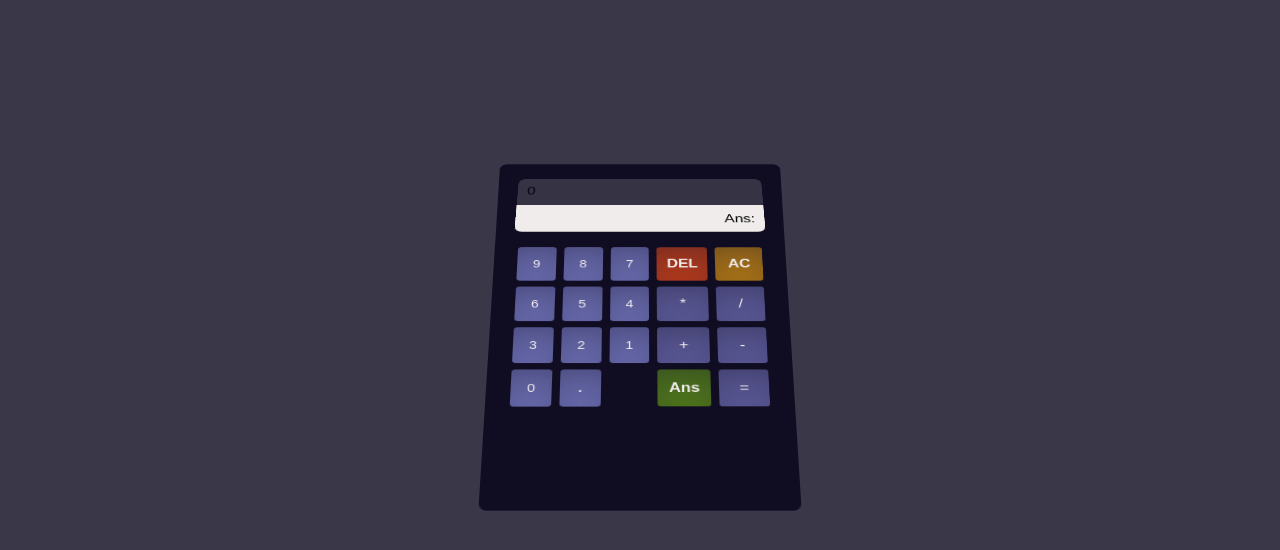
Repository: Bishek666/simple-calculator
Page: /
The author's editor kept a copy of each file at every save. The page is drawn from the files as they stood at one save, then again after a run of saves.
The browser window is 1280 px wide. The pictures show the whole page.
The project was rebuilt for these pictures with package versions that can differ from the ones it lists, and the page was loaded fresh each time.

Above is the page before, as saved 2021-10-27 08:41:53.

### src/index.css
:root {
    --primary: #050218c9;
    --secondary: #8386d6c9;
    --dark: #0908088a;
    --light: rgb(240, 236, 236);
}

* {
    margin: 0;
    padding: 0;
    box-sizing: border-box;
    font-family: sans-serif;
}

body {
    background-color: #050218c9;
}

button {
    display: inline-block;
    padding: 1rem;
    margin: 4px;
    background-color: var(--secondary);
    outline: none;
    border: transparent;
    border-radius: 4px;
    cursor: pointer;
    line-height: 1;
    font-size: 14px;
    font-weight: 500;
    color: var(--light);
    box-shadow: rgba(50, 50, 93, 0.25) 0px 30px 60px -12px inset, rgba(0, 0, 0, 0.3) 0px 18px 36px -18px inset;
}

.visual {
    perspective: 2000px;
}

.container-calculator {
    position: relative;
    display: flex;
    flex-direction: column;
    align-items: start;
    justify-content: start;
    background-color: var(--primary);
    height: 450px;
    width: 300px;
    margin: 100px auto;
    padding: 20px;
    border-radius: 8px;
    transform-style: preserve-3d;
    transform: rotateX(40deg);
    perspective: 100px;
}

.display-calculation {
    display: flex;
    flex-direction: column;
    justify-content: space-between;
    /* align-items: center; */
    padding: 10px;
    width: 100%;
    height: 80px;
    background-color: var(--light);
    border-radius: 8px;
    margin-bottom: 1rem;
    transform: rotateX(1deg);
}
.answer-area {
    align-self: flex-end;
    /* width: 50%;
    border-right: 2px solid black;
    padding-right: 8px;
    margin-right: 8px; */
}
.calculation-area {
    width: 50%;
}

.button-input {
    display: flex;
    justify-content: space-between;
    width: 100%;
}

.digits {
    display: grid;
    grid-template-columns: repeat(3, 1fr);
}
.digits button {
    box-shadow: rgba(50, 50, 93, 0.25) 0px 30px 60px -12px inset, rgba(0, 0, 0, 0.3) 0px 18px 36px -18px inset;
}

.operators {
    display: grid;
    grid-template-columns: repeat(2, 1fr);
}

.operators button {
    position: relative;
    background-color: rgb(91, 89, 150);
}

.operators button {
    padding: 10px;
    font-size: 16px;
}

/* font weight */
.font-weight--600 {
    font-weight: 600;
}
/* background */
.bg-red {
    background-color: #e44413c9 !important;
}
.bg-orange {
    background-color: #d08b0bd2 !important;
}
.bg-green {
    background-color: #5b8f11d2 !important;
}

### src/App.js
import { Fragment, useState } from 'react';

function App() {
    const [calc, setCalc] = useState('');
    const [result, setResult] = useState('');

    const ops = ['+', '-', '/', '*', '.'];

    const updateCalc = (value) => {
        if ((ops.slice(2).includes(value) && calc === '') || (ops.includes(value) && ops.includes(calc.slice(-1)))) {
            return;
        }
        setCalc(calc + value);

        if (!ops.includes(value)) {
            setResult(eval(calc + value).toString());
        }
    };

    const calculate = () => {
        if (calc) {
            setCalc(eval(calc).toString());
        }

        if (!result && !calc === '') {
            return;
        }
    };

    const takeAnswerValue = () => {
        if (result && !calc) {
            setCalc(result);
        }
    };

    const deleteLastValue = () => {
        if (calc === '') {
            return;
        }

        setCalc(calc.slice(0, -1));
    };

    const resetAll = () => {
        if (calc === '') {
            return;
        }

        setCalc('');
    };

    const addDigits = () => {
        const digits = [];

        for (let i = 1; i < 10; i++) {
            digits.unshift(
                <button onClick={() => updateCalc(i.toString())} key={i}>
                    {i}
                </button>
            );
        }

        return digits;
    };
    return (
        <div className='visual'>
            <div className='container-calculator'>
                <div className='display-calculation'>
                    <div className='calculation-area'>{calc || '0'}</div>
                    <div className='answer-area'>Ans:{result ? <span>({result})</span> : ''}</div>
                </div>
                <div className='button-input'>
                    <div className='digits'>
                        {addDigits()}
                        <button onClick={() => updateCalc('0')}>0</button>
                        <button onClick={() => updateCalc('.')} className='font-weight--600'>
                            .
                        </button>
                    </div>
                    <div className='operators'>
                        <button onClick={() => deleteLastValue()} className='bg-red font-weight--600'>
                            DEL
                        </button>
                        <button onClick={() => resetAll()} className='bg-orange font-weight--600'>
                            AC
                        </button>
                        <button onClick={() => updateCalc('*')}>*</button>
                        <button onClick={() => updateCalc('/')}>/</button>
                        <button onClick={() => updateCalc('+')}>+</button>
                        <button onClick={() => updateCalc('-')}>-</button>
                        <button onClick={takeAnswerValue} className='bg-green font-weight--600'>
                            Ans
                        </button>
                        <button onClick={calculate}>=</button>
                    </div>
                </div>
            </div>
        </div>
    );
}

export default App;

Loaded but not shown: public/index.html (common file); src/index.js (common file)

After the next 2 saves:
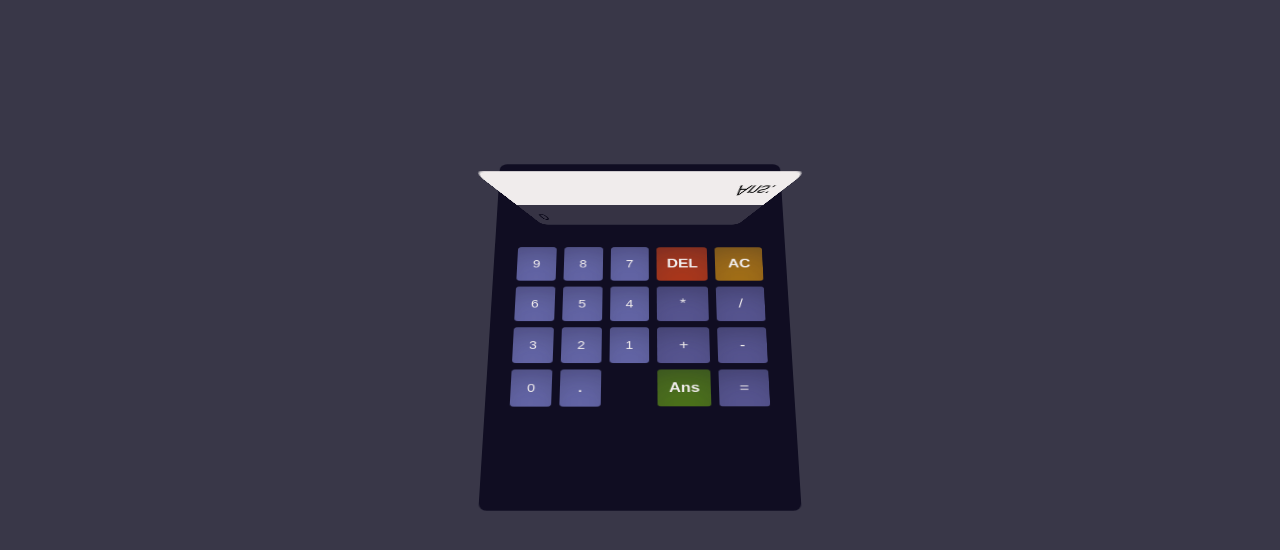
The 2 saves are shown as one change because they came seconds apart.
The last was saved 7 s later.
--- a/src/index.css
+++ b/src/index.css
@@ -64,7 +64,7 @@ button {
     background-color: var(--light);
     border-radius: 8px;
     margin-bottom: 1rem;
-    transform: rotateX(1deg);
+    transform: rotateX(40deg);
 }
 .answer-area {
     align-self: flex-end;
